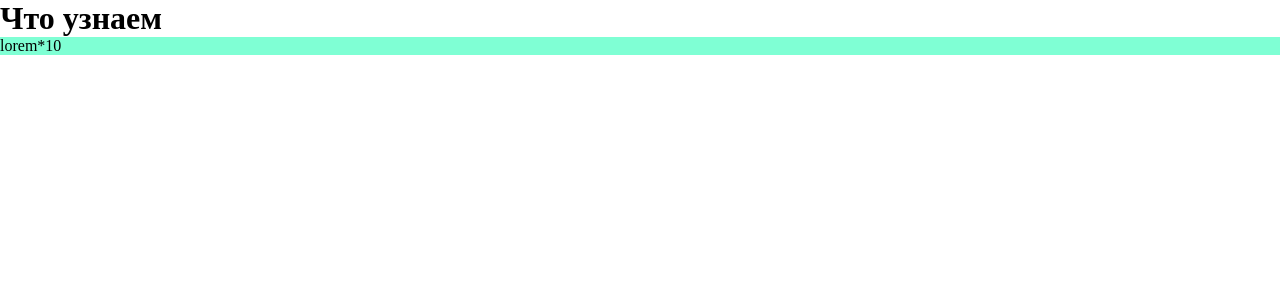
Repository: AytacSafarova/Figma--task
Page: index.html
The author's editor kept a copy of each file at every save. The page is drawn from the files as they stood at one save, then again after the next save.
The browser window is 1280 px wide. The pictures show the whole page.

Above is the page before, as saved 2023-08-02 13:43:49.
Console error: ReferenceError: camelcase is not defined

### index.html
<!DOCTYPE html>
<html lang="en">

<head>
    <meta charset="UTF-8">
    <meta name="viewport" content="width=device-width, initial-scale=1.0">
    <title>Document</title>
    <link rel="stylesheet" href="./index.css">
</head>
<body>
<div class="container">
<h1>Что узнаем</h1>
<p>lorem*10</p>
</div>
</body>
<script src="index.js"></script>
</html>

### index.css
*{
    margin: 0;
    padding: 0;
    box-sizing: border-box;
}
p{
    background-color: aquamarine;
}

### index.js
let a=4
a=a+2
a+=2
let userName
camelcase
// kebab case

After the next save:
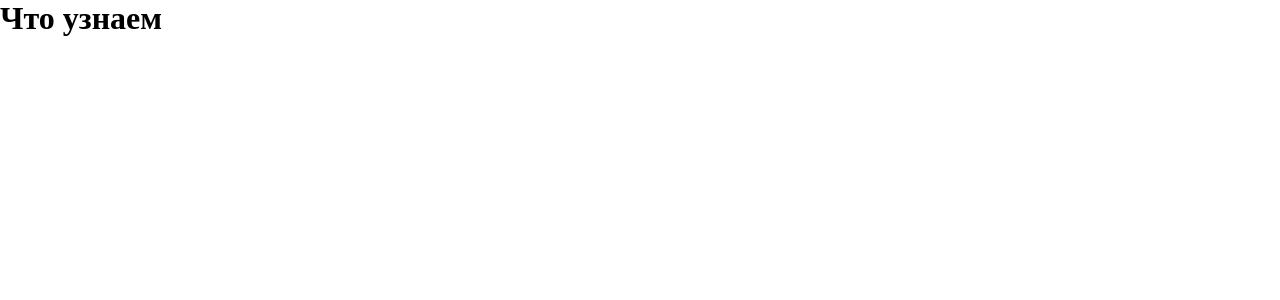
Saved 8 s later.
--- a/index.html
+++ b/index.html
@@ -10,7 +10,6 @@
 <body>
 <div class="container">
 <h1>Что узнаем</h1>
-<p>lorem*10</p>
 </div>
 </body>
 <script src="index.js"></script>
